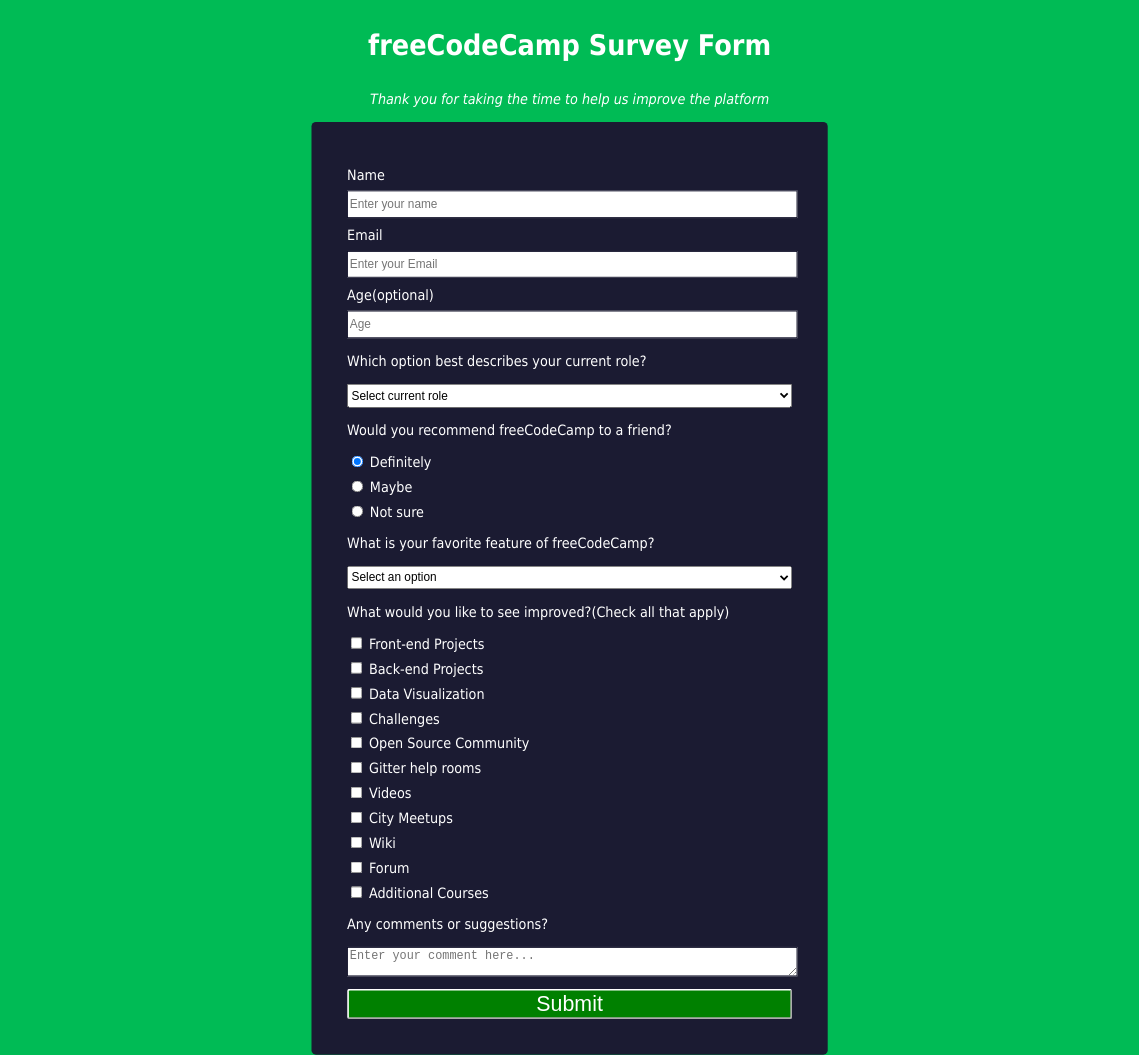
Repository: Lungdjos/survey_form_certification
Page: index.html
The author's editor kept a copy of each file at every save. The page is drawn from the files as they stood at one save, then again after a run of saves.
The browser window is 1280 px wide. The pictures show the whole page, at 89% of full size.

Above is the page before, as saved 2023-10-10 12:59:15.

### index.html
<!DOCTYPE html>
<html lang="en">

<head>
    <meta charset="UTF-8">
    <meta name="viewport" content="width=device-width, initial-scale=1.0">
    <title>Survey Form</title>
    <link rel="stylesheet" href="styles.css">
</head>

<body>
    <div class="container">
        <header class="header">
            <h1 id="title" class="text-center">freeCodeCamp Survey Form</h1>
            <p id="description" class="description text-center">
                Thank you for taking the time to help us improve the platform
            </p>
        </header>
        <form id="survey-form">
            <div class="form-group">
                <label id="name-label" for="name">Name</label>
                <input type="text" name="name" id="name" class="form-control" placeholder="Enter your name" required />
            </div>
            <div class="form-group">
                <label id="email-label" for="email">Email</label>
                <input type="email" name="email" id="email" class="form-control" placeholder="Enter your Email" required />
            </div>
            <div class="form-group">
                <label id="number-label" for="number">Age<span class="clue">(optional)</span></label>
                <input type="number" name="age" id="number" min="10" max="99" class="form-control" placeholder="Age" />
            </div>
            <div class="form-group">
                <p>Which option best describes your current role?</p>
                <select id="dropdown" name="role" class="form-control" required>
                    <option disabled selected value>Select current role</option>
                    <option value="student">Student</option>
                    <option value="job">Full Time Job</option>
                    <option value="learner">Full Time Learner</option>
                    <option value="preferNo">Prefer not to say</option>
                    <option value="other">Other</option>
                </select>
            </div>

            <div class="form-group">
                <p>Would you recommend freeCodeCamp to a friend?</p>
                <label><input name="user-recommend" value="definitely" type="radio" class="input-radio" checked /> Definitely</label>
                <label><input name="user-recommend" value="maybe" type="radio" class="input-radio" /> Maybe</label>
                <label><input name="user-recommend" value="not-sure" type="radio" class="input-radio" /> Not sure</label>
            </div>

            <div class="form-group">
                <p>What is your favorite feature of freeCodeCamp?</p>
                <select id="most-like" name="mostLike" class="form-control" required>
                    <option disabled selected value>Select an option</option>
                    <option value="challenges">Challenges</option>
                    <option value="projects">Projects</option>
                    <option value="community">Community</option>
                    <option value="openSource">Open Source</option>
                </select>
            </div>

            <div class="form-group">
                <p>What would you like to see improved?<span class="clue">(Check all that apply)</span></p>
                <label><input name="prefer" value="front-end-projects" type="checkbox" class="input-checkbox" /> Front-end Projects</label>
                <label><input name="prefer" value="back-end-projects" type="checkbox" class="input-checkbox" /> Back-end Projects</label>
                <label><input name="prefer" value="data-visualization" type="checkbox" class="input-checkbox" /> Data Visualization</label>
                <label><input name="prefer" value="challenges" type="checkbox" class="input-checkbox" /> Challenges</label>
                <label><input name="prefer" value="open-source-community" type="checkbox" class="input-checkbox" /> Open Source Community</label>
                <label><input name="prefer" value="gitter-help-rooms" type="checkbox" class="input-checkbox" /> Gitter help rooms</label>
                <label><input name="prefer" value="videos" type="checkbox" class="input-checkbox" /> Videos</label>
                <label><input name="prefer" value="city-meetups" type="checkbox" class="input-checkbox" /> City Meetups</label>
                <label><input name="prefer" value="wiki" type="checkbox" class="input-checkbox" /> Wiki</label>
                <label><input name="prefer" value="forum" type="checkbox" class="input-checkbox" /> Forum</label>
                <label><input name="prefer" value="additional-courses" type="checkbox" class="input-checkbox" /> Additional Courses</label>
            </div>

            <div class="form-group">
                <p>Any comments or suggestions?</p>
                <textarea id="comments" class="input-textarea" name="comment" placeholder="Enter your comment here..."></textarea>
            </div>

            <div class="form-group">
                <button type="submit" id="submit" class="submit-button">Submit</button>
            </div>
        </form>
    </div>
</body>

</html>

### styles.css
/* designs for the survey form */


/* CSS for the Registration Form */

body {
    width: 100%;
    height: 100vh;
    /* will need to set the value to */
    margin: 15px 0 15px 0;
    color: #fff;
    font-size: 16px;
    font-family: Tahoma;
    background-color: #0b5;
}

label {
    display: block;
    margin: .5rem 0;
}

a {
    color: #dfdfe2;
}

a:hover {
    color: blanchedalmond;
    text-decoration: none;
}

a:active {
    color: #0a0a23;
}

fieldset {
    margin: 15px;
    border-radius: 10px;
    border: 3px solid #3b3b4f;
    padding: 1rem;
}

.form-group {
    margin: 10px 0 0 0;
    width: 100%;
    border-radius: 3px;
    min-height: 2em;
}

input,
textarea {
    background-color: #fff;
    border: 1px solid #0a0a23;
    color: #0a0a23;
    ;
}

#title,
#description {
    margin: 1em auto;
    text-align: center;
}

#description {
    font-style: italic;
}

#survey-form {
    /* margin: 0px 30px 0px 30px; */
    margin: 0 auto;
    max-width: 500px;
    min-width: 300px;
    width: 60vw;
    background-color: #1b1b32;
    border-radius: 5px;
    padding: 40px;
}

button:hover {
    background-color: blanchedalmond;
    margin-bottom: 2em;
    color: #0a0a23;
    border: 4px solid #3b3b4f;
    border-radius: 8px;
}

button {
    display: block;
    width: 100%;
    margin: a2pxuto;
    font-size: 1.5rem;
    background-color: green;
    color: #fff;
    border-color: white;
    min-width: 1em;
    border-radius: 3px;
}

input[type="text"],
input[type="email"],
input[type="number"],
select,
textarea {
    width: 100%;
    margin: auto;
    height: 2em;
}

After the next 2 saves:
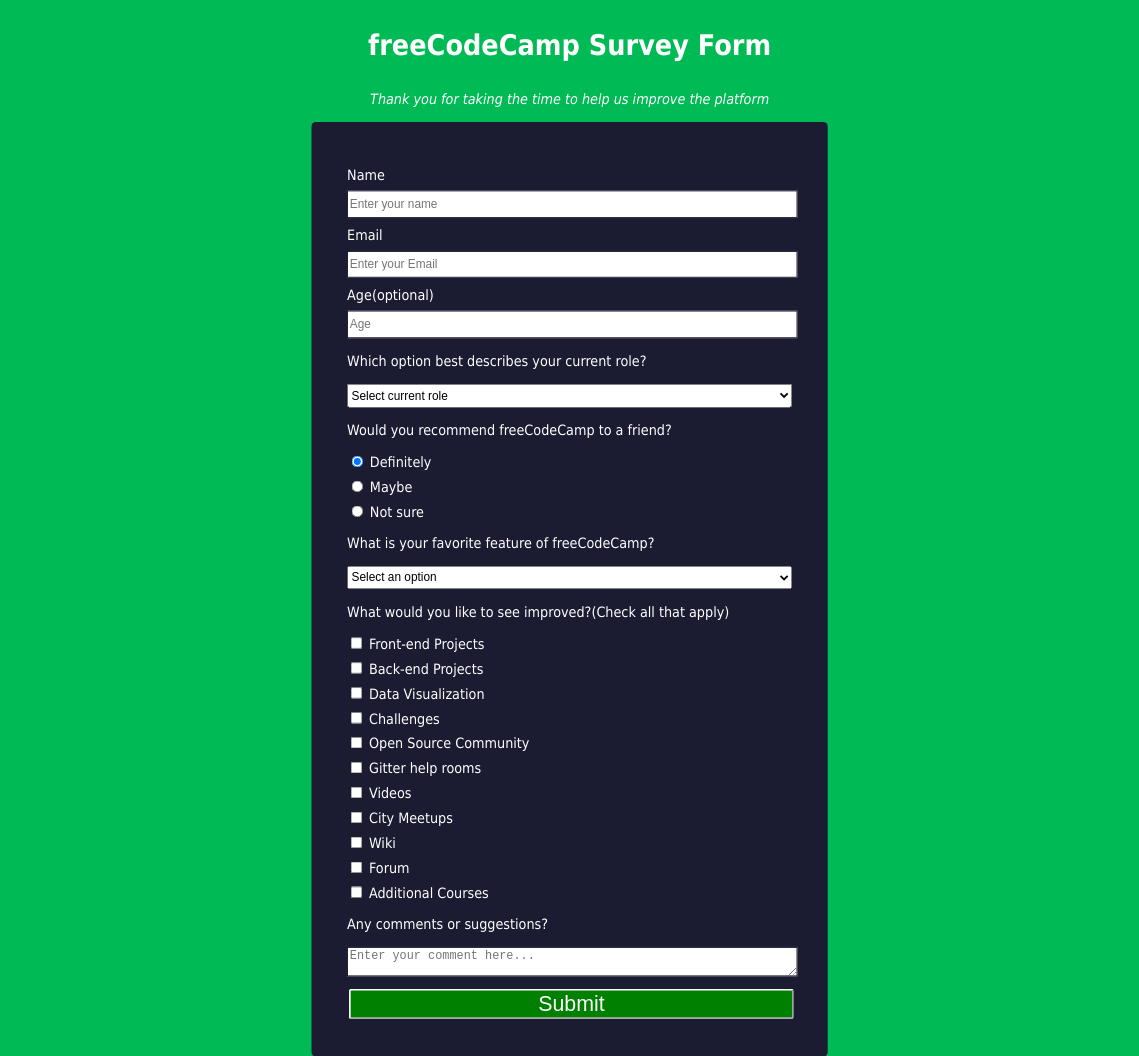
The 2 saves are shown as one change because they came seconds apart.
The last was saved 12 s later.
--- a/styles.css
+++ b/styles.css
@@ -86,7 +86,7 @@
 button {
     display: block;
     width: 100%;
-    margin: a2pxuto;
+    margin: 2px;
     font-size: 1.5rem;
     background-color: green;
     color: #fff;
